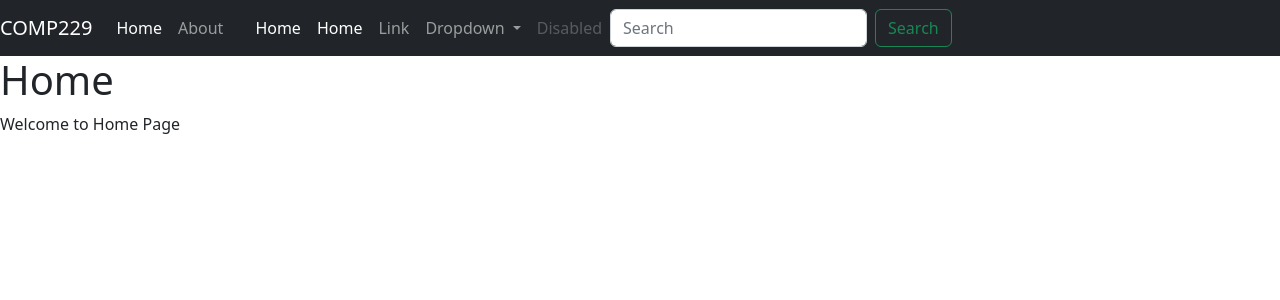
Repository: kaletejas/COMP229_Portfolio
Page: http://localhost/
These files come from the project's save history. The page is drawn as it stood at one moment and after the next save; the edit follows.
The browser window is 1280 px wide. The pictures show the whole page.
The page is served by the project's Node server (server.js).

Above is the page before, as saved 2023-01-25 20:53:59.

After the next save:
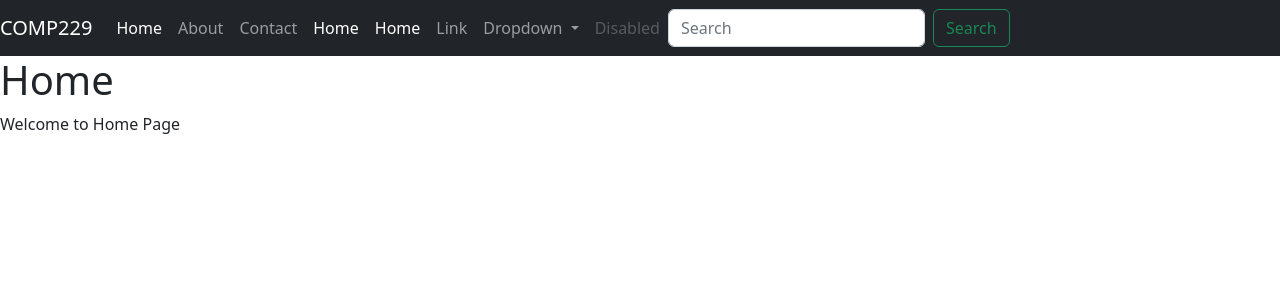
Saved 6 s later.
--- a/WEEK3/views/index.ejs
+++ b/WEEK3/views/index.ejs
@@ -28,7 +28,7 @@
           <a class="nav-link" href="/about">About</a>
         </li>
         <li class="nav-item active">
-          <a class="nav-link" href="/contact"></a>
+          <a class="nav-link" href="/contact">Contact</a>
         </li>
         <li class="nav-item">
           <a class="nav-link active" aria-current="page" href="/home">Home</a>
